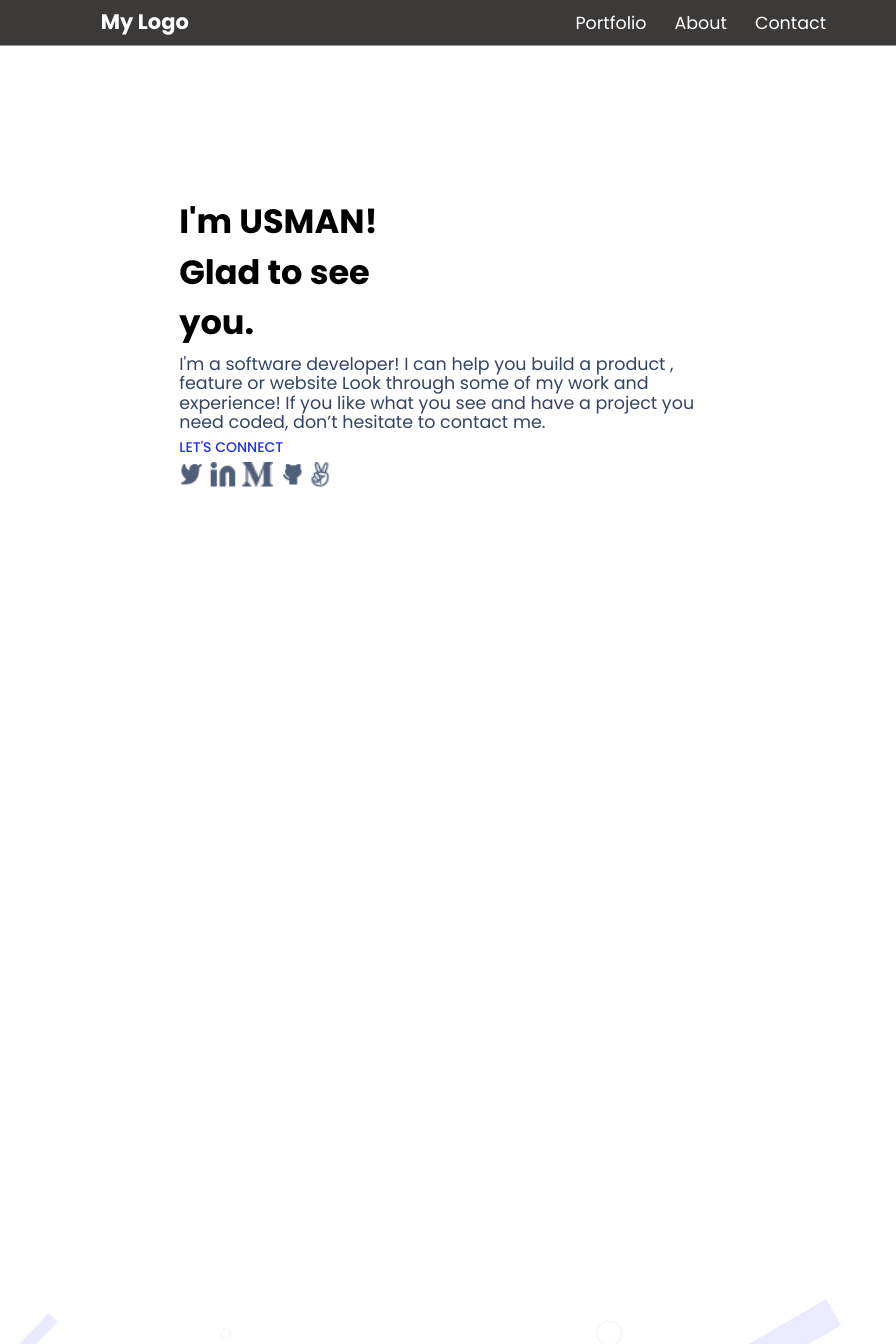
Repository: usman3123/portfolio-template-3
Page: index.html
The author's editor kept a copy of each file at every save. The page is drawn from the files as they stood at one save, then again after the next save.
The browser window is 1280 px wide. The pictures show the part of the page from y = 0 to 1920 px (the page is 7833 px tall before and 3940 px after), at 70% of full size.
Some web libraries are served in a nearby version.

Above is the page before, as saved 2025-03-13 10:54:40.

After the next save:
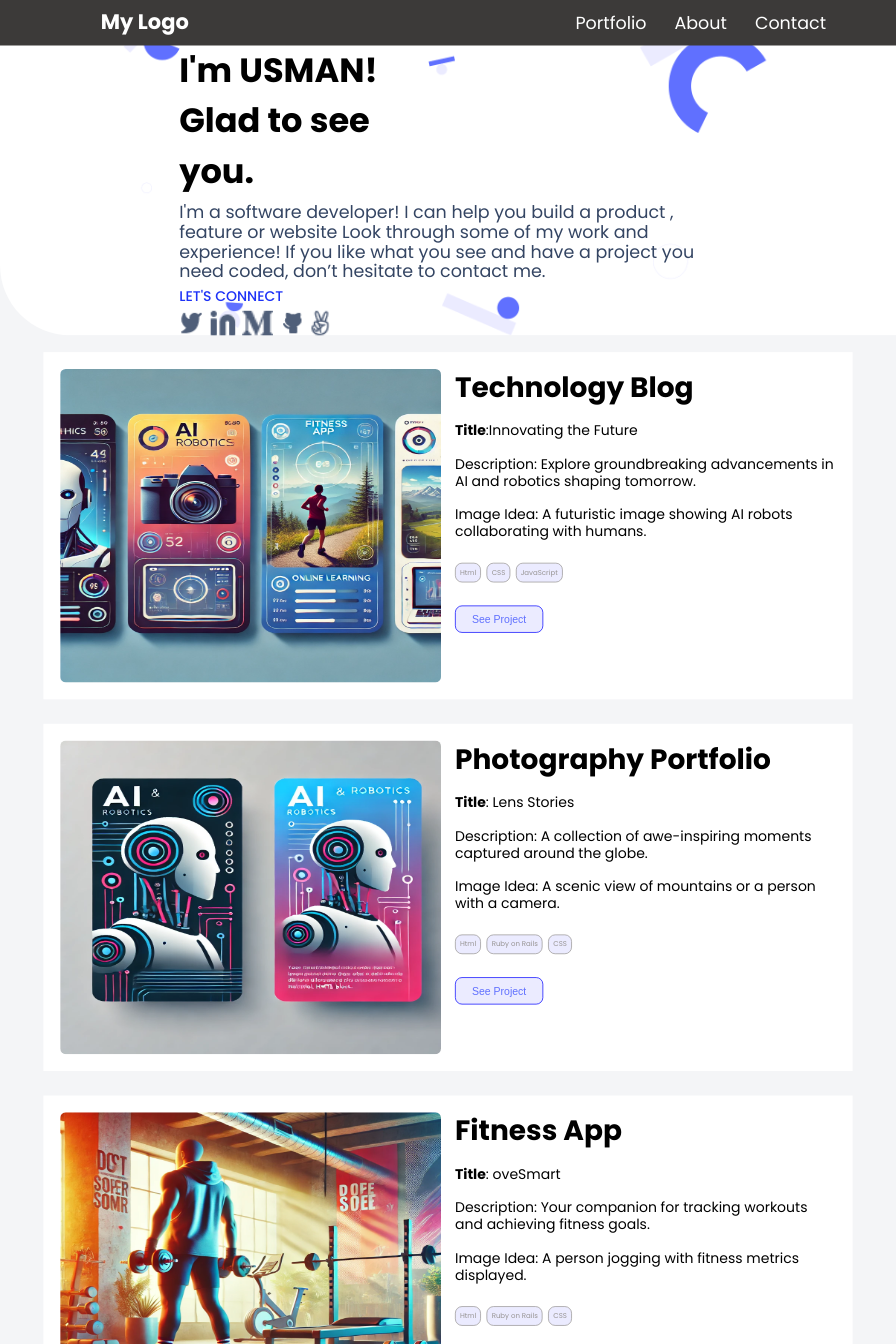
Saved 58 s later.
--- a/style.css
+++ b/style.css
@@ -59,7 +59,6 @@ body {
 .hero-page {
     background-color: white;
     border-bottom-left-radius: 100px;
-    height: 100%;
     background-image: url(/assets/Header\ bg@2x.png);
     background-size: contain;
     background-position: center;
@@ -118,6 +117,7 @@ bottom: 2500px;
     justify-content: center;
     padding-left: 20%;
     max-width: 1440px;
+    height: 100%;
     max-height: 846px;
 }
 .hero-content {
